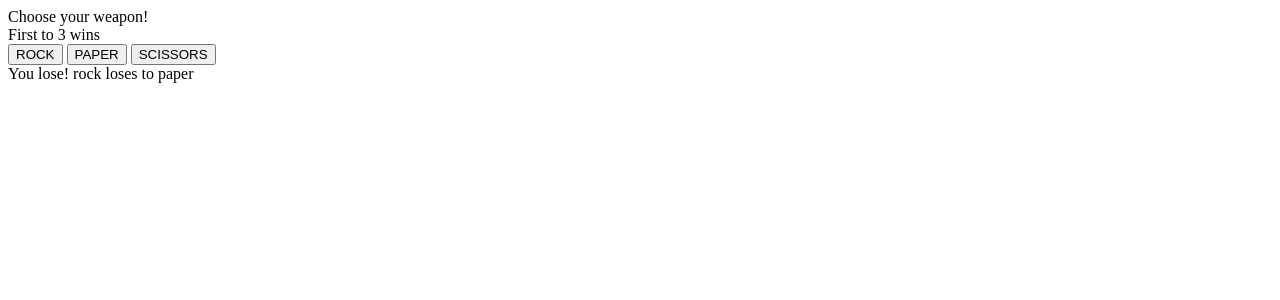
Repository: z1youRA/rock_paper_scissors
Page: index.html
These files come from the project's save history. The page is drawn as it stood at one moment and after the next save; the edit follows.
The browser window is 1280 px wide. The pictures show the whole page.
After loading, the first visible `button` was clicked once.

Above is the page before, as saved 2021-12-14 15:27:51.
Console error: ReferenceError: container is not defined

### index.html
<!DOCTYPE html>
<html lang="en">
<head>
    <meta charset="UTF-8">
    <meta http-equiv="X-UA-Compatible" content="IE=edge">
    <meta name="viewport" content="width=device-width, initial-scale=1.0">
    <title>ROCK PAPER SCISSORS</title>

</head>
<body>
    <div class='result'>Choose your weapon!</div>
    <div class='intro'>First to 3 wins</div>
    <div class="container">
        <button>ROCK</button>
        <button>PAPER</button>
        <button>SCISSORS</button>
        <div class='info'></div>
    </div>
</body>
<script src="rockpaperscissors.js">
</script>
</html>

### rockpaperscissors.js
const arr = ["rock", "paper", "scissors"];

function computerPlay(){
    const randomNumber = Math.floor(Math.random() * 3);
    return arr[randomNumber];
}

function playround(playerSelection, computerSelection){
    playerSelection = playerSelection.toLowerCase();
    let result = 0;
    const div = document.querySelector('.info');
    if(playerSelection == computerSelection) {
        div.textContent = "That's a draw! You both selected " + playerSelection;
        result = 0;
    }
    else if((playerSelection == "rock" && computerSelection == "paper") || (playerSelection == "paper" && computerSelection == "scissors") || (playerSelection == "scissors" && computerSelection == "rock")) {
        div.textContent = "You lose! " + playerSelection + " loses to " + computerSelection;
        result = -1;
    }
    else if((computerSelection == "rock" && playerSelection == "paper") || (computerSelection == "paper" && playerSelection == "scissors") || (computerSelection == "scissors" && playerSelection == "rock")) {
        div.textContent ="You win!" + playerSelection + " beats " + computerSelection;
        result = 1;
    }
    container.appendChild(div);
    return result;
}

//Get input from user for 5 times and make the computer pick a random choice and then compete.
function game() {
    let win = 0;
    let lose = 0;
    let result = 0;
    let round = 0;
    const buttons = Array.from(document.querySelectorAll('button'));
    buttons.forEach(button => {
        button.addEventListener('click', () => {
            result = playround(button.textContent, computerPlay());
            if(result === 1) {
                win++;
            }
            else if(result === -1) {
                lose++;
            }
            round++;
            const rslt = document.querySelector('.result');
            const intr = document.querySelector('.intro');
            rslt.textContent = `ROUND${round}`;
            intr.textContent = `POINTS:${win}-${lose}`;
            if(win >= 3) {
                alert('YOU WIN!');
                win = 0;
                lose = 0;
                result = 0;
                round = 0;
                intr.textContent = `POINTS:${win}-${lose}`;
            }
            if(lose >= 3) {
                alert('YOU LOSE.');
                win = 0;
                lose = 0;
                result = 0;
                round = 0;
                intr.textContent = `POINTS:${win}-${lose}`;
            }
            });
        });
    // for(let i = 0; i < 5; i++){
    //     playerSelection = prompt("Make your choice from rock, paper and scissors:");
    //     result = playround(playerSelection, computerPlay())
    //     if(result == 1) {
    //         winTimes++;
    //     }
    //     else if(result == -1) {
    //         winTimes--;
    //     }
    // }
    // if(winTimes > 0) {
    //     console.log("Yes, you win!");
    // }
    // else if(winTimes < 0) {
    //     console.log("Sorry, you lose!");
    // }
    // else {
    //     console.log("That's a draw, try again.");
    // }

}
game();

After the next save:
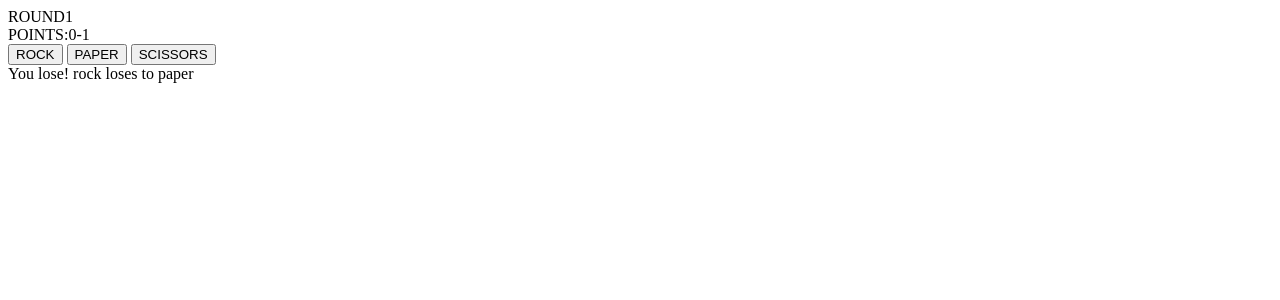
The error is gone.
Saved 7 s later.
--- a/rockpaperscissors.js
+++ b/rockpaperscissors.js
@@ -21,7 +21,6 @@ function playround(playerSelection, computerSelection){
         div.textContent ="You win!" + playerSelection + " beats " + computerSelection;
         result = 1;
     }
-    container.appendChild(div);
     return result;
 }
 
